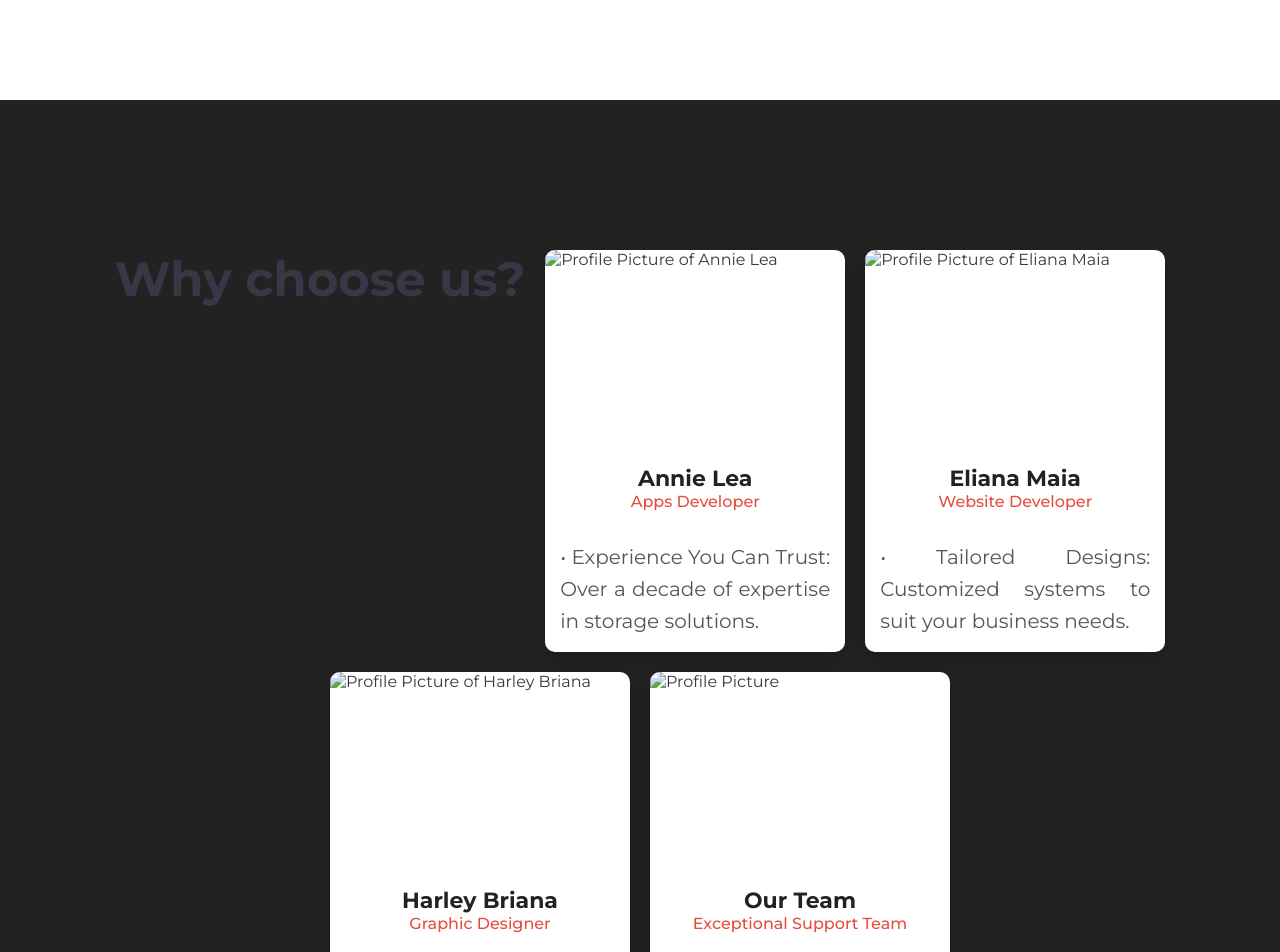
Repository: jahatesu/shelves-and-storage-equipment
Page: index.html
These files come from the project's save history. The page is drawn as it stood at one moment and after the next save; the edit follows.
The browser window is 1280 px wide. The pictures show the part of the page from y = 1995 to 2947 px (the page is 8029 px tall before and 7735 px after).
A picture or video elsewhere on the page could not be fetched, so the positions and the page height are approximate. Backgrounds fixed to the window are drawn as part of the page. Some web fonts or font styles are not loaded; a fallback is used. Some web libraries are served in a nearby version.

Above is the page before, as saved 2025-01-25 19:42:43.
Console error: TypeError: Cannot read properties of null (reading 'querySelector')

### index.html
<!DOCTYPE html>
<html lang="en">
<head>
    <meta charset="UTF-8">
    <meta name="viewport" content="width=device-width, initial-scale=1.0">
    <!-- Remix Icons -->
    <link rel="stylesheet" href="https://cdnjs.cloudflare.com/ajax/libs/remixicon/4.2.0/remixicon.css">
    <!-- Swiper CSS -->
    <link rel="stylesheet" href="assets\js\swiper-bundle.min.js" />
    <!-- CSS -->
    <link rel="stylesheet" href="style.css">
    <script src="https://cdnjs.cloudflare.com/ajax/libs/jquery/3.7.1/jquery.min.js"></script>
    <title>Shelves and Storage</title>
    <link rel="stylesheet" href="https://fonts.googleapis.com/css?family=Material+Symbols+Rounded&opsz,wght,FILL,GRAD@48,400,0,0" />
    <script  src="https://kit.fontawesome.com/64d58efce2.js" crossorigin="anonymous" ></script>
</head>

<body>

    <!-- Navigation Bar -->
    <header class="transparent">
        <div class="logo">
            <img src="assets\images\logo.png" alt="Shelves and Storage Logo">
        </div>

        <div class="navigation">
            <input type="checkbox" id="nav-checkbox">
            <label for="nav-checkbox" class="nav-toggle">
                <i class="ri-menu-fill"></i>
            </label>

            <ul class="nav-menu">
                <li><a href="#">Home</a></li>
                <li><a href="#">About Us</a></li>
                <li><a href="#">Services</a></li>
                <li><a href="#">Products</a></li>
                <li><a href="#">Contact Us</a></li>
            </ul>
        </div>
    </header>

    <!-- Hero Section -->
    <div class="hero">
        <h1 class="animate__animated animate__fadeInDown">Shelves and Storage Equipment</h1>
        <h3 class="animate__animated animate__fadeInUp">Storage and Racking Expert</h3>
    </div>

    <!-- about -->

    <div class="about-section">
        <div class="inner-container">
            <h2 class="section_title">ABOUT US</h2>
            <p class="text">
                Founded in 2015, Shelves and Storage Equipment Inc. is a trusted name in providing customized racking solutions for logistics and warehousing. We specialize in efficient, durable, and scalable storage systems designed to:
            </p>
            <ul class="skills">
    <li><i class="ri-fullscreen-line"></i> Maximize space utilization</li>
    <li><i class="ri-settings-3-line"></i> Enhance operational efficiency</li>
    <li><i class="ri-shield-check-line"></i> Improve safety standards</li>
</ul>
        </div>
    </div>

<!-- About Section -->
<section class="about section" id="about">
    <div class="about_container container grid">
        <div class="about_data">
            <h2 class="section_title">OUR MISSION</h2>
            <p class="about_description">
                Our mission is to empower businesses with tailored storage solutions that adapt to their growing needs.
            </p>
            <span class="section_subtitle">OUR SERVICES</span>
            <ul class="about_list grid">
                <li class="about_list-item">
                    <i class="ri-checkbox-circle-line"></i>
                    <span>Customized Racking Solutions</span>
                </li>
                <li class="about_list-item">
                    <i class="ri-checkbox-circle-line"></i>
                    <span>Warehouse Layout Consultation</span>
                </li>
                <li class="about_list-item">
                    <i class="ri-checkbox-circle-line"></i>
                    <span>Installation & Maintenance
                    </span>
                </li>
                <li class="about_list-item">
                    <i class="ri-checkbox-circle-line"></i>
                    <span>Storage System Upgrades
                    </span>
                </li>
            </ul>
        </div>
        <div class="about_images">
            <img src="assets/images/about_img1.png" alt="image" class="about_img1">
            <img src="assets/images/about_img2.png" alt="image" class="about_img2">
        </div>
    </div>
</section>

<!-- Services Section -->
<div class="services-container">
    <!-- Title Header -->
    <h2 class="services-title">Why choose us?</h2>

    <!-- Service Card 1 -->
    <div class="service-card">
        <div class="card-image">
            <img src="#" alt="Profile Picture of Annie Lea">
        </div>
        <div class="card-header">
            <h3 class="name">Annie Lea</h3>
            <p class="role">Apps Developer</p>
        </div>
        <div class="card-content">
            <p>• Experience You Can Trust: Over a decade of expertise in storage solutions.</p>
        </div>
    </div>

    <!-- Service Card 2 -->
    <div class="service-card">
        <div class="card-image">
            <img src="#" alt="Profile Picture of Eliana Maia">
        </div>
        <div class="card-header">
            <h3 class="name">Eliana Maia</h3>
            <p class="role">Website Developer</p>
        </div>
        <div class="card-content">
            <p>• Tailored Designs: Customized systems to suit your business needs.</p>
        </div>
    </div>

    <!-- Service Card 3 -->
    <div class="service-card">
        <div class="card-image">
            <img src="#" alt="Profile Picture of Harley Briana">
        </div>
        <div class="card-header">
            <h3 class="name">Harley Briana</h3>
            <p class="role">Graphic Designer</p>
        </div>
        <div class="card-content">
            <p>• High-Quality Materials: Durable and long-lasting products.</p>
        </div>
    </div>

    <!-- Service Card 4 -->
    <div class="service-card">
        <div class="card-image">
            <img src="#" alt="Profile Picture">
        </div>
        <div class="card-header">
            <h3 class="name">Our Team</h3>
            <p class="role">Exceptional Support Team</p>
        </div>
        <div class="card-content">
            <p>• Exceptional Support: Reliable service from consultation to installation.</p>
        </div>
    </div>
</div>

<!-- what we offer -->
<section class="services section" id="services">
    <div class="services_container container grid">
        <div class="services_data">
            <div>
                <span class="section_subtitle">WHAT WE OFFER</span>
                <h2 class="section_title">Heavy and Light Duty Racks System</h2>
            </div>
        </div>
        <div class="services_grid">
            <article class="services_card">
                <div class="services_icon">
                    <img src="/assets/images/driveInRack.jpg" alt="Drive in Rack">
                </div>
                <h3 class="services_title">Drive in Rack</h3>
                <p>
                    Forklifts drive into storage lanes, reducing aisle space. Perfect for bulk storage.
                </p>
            </article>
            <article class="services_card">
                <div class="services_icon">
                    <img src="assets/images/cantileverRack.jpg" alt="Cantilever Rack">
                </div>
                <h3 class="services_title">Cantilever Rack</h3>
                <p>
                    Ideal for long, bulky items. Easy loading and unloading, maximizes space. Available in single or double-sided options.
                </p>
            </article>
            <article class="services_card">
                <div class="services_icon">
                    <img src="assets/images/mezzanineFloorRack.jpg" alt="Mezzanine Floor">
                </div>
                <h3 class="services_title">Mezzanine Floor</h3>
                <p>
                    Cost-effective, customizable, and durable. Ideal for storage, offices, or production areas.
                </p>
            </article>
            <article class="services_card">
                <div class="services_icon">
                    <img src="assets/images/radioShuttle.jpeg" alt="Radio Shuttle">
                </div>
                <h3 class="services_title">Radio Shuttle Racking</h3>
                <p>
                    Optimize warehouse space and efficiency. Semi-automated, high-density storage. Fast pallet handling, both FIFO and LIFO.
                </p>
            </article>
        </div>
    </div>
</section>

<!-- products -->
<section class="projects section" id="projects">
    <h2 class="section_title_products">Our Products</h2>
    <div class="projects_container container grid">
        <article class="projects_card">
            <img src="assets/images/narrowAisle.jpg" alt="Narrow Aisle Pallet Racking" class="projects_img">
            <div class="projects_data">
                <h2 class="projects_title">Narrow Aisle Pallet Racking</h2>
            </div>
        </article>
        <article class="projects_card">
            <img src="assets/images/doubleDeep.jpg" alt="Double Deep Pallet Racking" class="projects_img">
            <div class="projects_data">
                <h2 class="projects_title">Double Deep Pallet Racking</h2>
            </div>
        </article>
        <article class="projects_card">
            <img src="assets/images/lightDuty.webp" alt="Light Duty Shelves" class="projects_img">
            <div class="projects_data">
                <h2 class="projects_title">Light Duty Shelves</h2>
            </div>
        </article>
        <article class="projects_card">
            <img src="assets/images/boltLess.webp" alt="Boltless Racks" class="projects_img">
            <div class="projects_data">
                <h2 class="projects_title">Boltless Racks</h2>
            </div>
        </article>
        <article class="projects_card">
            <img src="assets/images/counterBalance.jpg" alt="Tailift Counter Balance" class="projects_img">
            <div class="projects_data">
                <h2 class="projects_title">Tailift Counter Balance</h2>
            </div>
        </article>
        <article class="projects_card">
            <img src="assets/images/reachTruck.jpg" alt="Tailift Reach Truck" class="projects_img">
            <div class="projects_data">
                <h2 class="projects_title">Tailift Reach Truck</h2>
            </div>
        </article>
        <article class="projects_card">
            <img src="assets/images/palletRack.webp" alt="Pallet Rack" class="projects_img">
            <div class="projects_data">
                <h2 class="projects_title">Pallet Rack</h2>
            </div>
        </article>
        <article class="projects_card">
            <img src="assets/images/slottedRack.webp" alt="Slotted Rack" class="projects_img">
            <div class="projects_data">
                <h2 class="projects_title">Slotted Rack</h2>
            </div>
        </article>
        <article class="projects_card">
            <img src="assets/images/smRack.webp" alt="Supermarket Rack" class="projects_img">
            <div class="projects_data">
                <h2 class="projects_title">Supermarket Rack</h2>
            </div>
        </article>
        <article class="projects_card">
            <img src="assets/images/shoppingTrolley.jpg" alt="Shopping Trolley" class="projects_img">
            <div class="projects_data">
                <h2 class="projects_title">Shopping Trolley</h2>
            </div>
        </article>
        <article class="projects_card">
            <img src="assets/images/shoppingBasket.jpg" alt="Shopping Basket" class="projects_img">
            <div class="projects_data">
                <h2 class="projects_title">Shopping Basket</h2>
            </div>
        </article>
        <article class="projects_card">
            <img src="assets/images/binBoxes.jpg" alt="Bin Boxes" class="projects_img">
            <div class="projects_data">
                <h2 class="projects_title">Bin Boxes</h2>
            </div>
        </article>
        <article class="projects_card">
            <img src="assets/images/shelving.jpeg" alt="Shelving" class="projects_img">
            <div class="projects_data">
                <h2 class="projects_title">Shelving</h2>
            </div>
        </article>
        <article class="projects_card">
            <img src="assets/images/handPallet.webp" alt="Hand Pallet" class="projects_img">
            <div class="projects_data">
                <h2 class="projects_title">Hand Pallet</h2>
            </div>
        </article>
    </div>
</section>

<!-- contacts -->
<div class="container_contact">
    <span class="big-circle"></span>
    <img src="img/shape.png" class="square" alt="" />
    <div class="form">
      <div class="contact-info">
        <h3 class="title">Let's get in touch</h3>
        <p class="text">
          Lorem ipsum dolor sit amet consectetur adipisicing elit. Saepe
          dolorum adipisci recusandae praesentium dicta!
        </p>

        <div class="info">
          <div class="information">
            <img src="img/location.png" class="icon" alt="" />
            <p>Manila - Philippines</p>
          </div>
          <div class="information">
            <img src="img/email.png" class="icon" alt="" />
            <p>shelvesandstorage.ph@gmail.com<br>
                sseisales3@gmail.com</p>
          </div>
          <div class="information">
            <img src="img/phone.png" class="icon" alt="" />
            <p>0966 750 5869<br>
                (02) 8637 3371</p>
          </div>
        </div>

        <div class="social-media">
          <p>Connect with us :</p>
          <div class="social-icons">
            <a href="#">
              <i class="fab fa-facebook-f"></i>
            </a>
            <a href="#">
              <i class="fab fa-twitter"></i>
            </a>
            <a href="#">
              <i class="fab fa-instagram"></i>
            </a>
            <a href="#">
              <i class="fab fa-linkedin-in"></i>
            </a>
          </div>
        </div>
      </div>

      <div class="contact-form">
        <span class="circle one"></span>
        <span class="circle two"></span>

        <form action="index.html" autocomplete="off">
          <h3 class="title">Contact us</h3>
          <div class="input-container">
            <input type="text" name="name" class="input" />
            <label for="">Username</label>
            <span>Username</span>
          </div>
          <div class="input-container">
            <input type="email" name="email" class="input" />
            <label for="">Email</label>
            <span>Email</span>
          </div>
          <div class="input-container">
            <input type="tel" name="phone" class="input" />
            <label for="">Phone</label>
            <span>Phone</span>
          </div>
          <div class="input-container textarea">
            <textarea name="message" class="input"></textarea>
            <label for="">Message</label>
            <span>Message</span>
          </div>
          <input type="submit" value="Send" class="btn" />
        </form>
      </div>
    </div>
  </div>

  <!-- footer -->
  <footer class="footer">
    <div class="footer_container container grid">
        <div>
            <a href="#" class="footer_logo">
                <img src="assets\images\footerLogo.png" alt="footer logo">
            </a>

            <p class="footer_description">Storage and Racking Expert</p>

            <address class="footer_email">Email: shelvesandstorage.ph@gmail.com</address>
        </div>

        <div class="footer_content grid">
            <div>
                <h3 class="footer_title">Company</h3>
                <ul class="footer_links">
                    <li>
                        <a href="#about" class="footer_link">About Us</a>
                    </li>

                    <li>
                        <a href="#services" class="footer_link">Services</a>
                    </li>

                    <li>
                        <a href="#projects" class="footer_link">Projects</a>
                    </li>
                </ul>
        </div>

        <div>
            <h3 class="footer_title">Information</h3>
            <ul class="footer_list">
                <li>
                    <address class="footer_info">Manila - Philippines</address>
                </li>

                <li>
                </li>

            </ul>
    </div>

    <div>
        <h3 class="footer_title">Social Media</h3>

        <div class="footer_social">
            <a href="#" target="_blank" class="footer_social-link">
                <i class="ri-facebook-circle-line"></i>
            </a>

            <a href="#" target="_blank" class="footer_social-link">
                <i class="ri-instagram-line"></i>
            </a>

            <a href="#" target="_blank" class="footer_social-link">
                <i class="ri-twitter-x-line"></i>
            </a>
        </div>
</div>

    </div>

    <span class="footer_copy">

    </span>
</footer>

<script src="main.js">
</script>

</body>
</html>

Loaded but not shown: assets/js/swiper-bundle.min.js (library); main.js (103 lines, source omitted); style.css (1391 lines, source omitted)

After the next save:
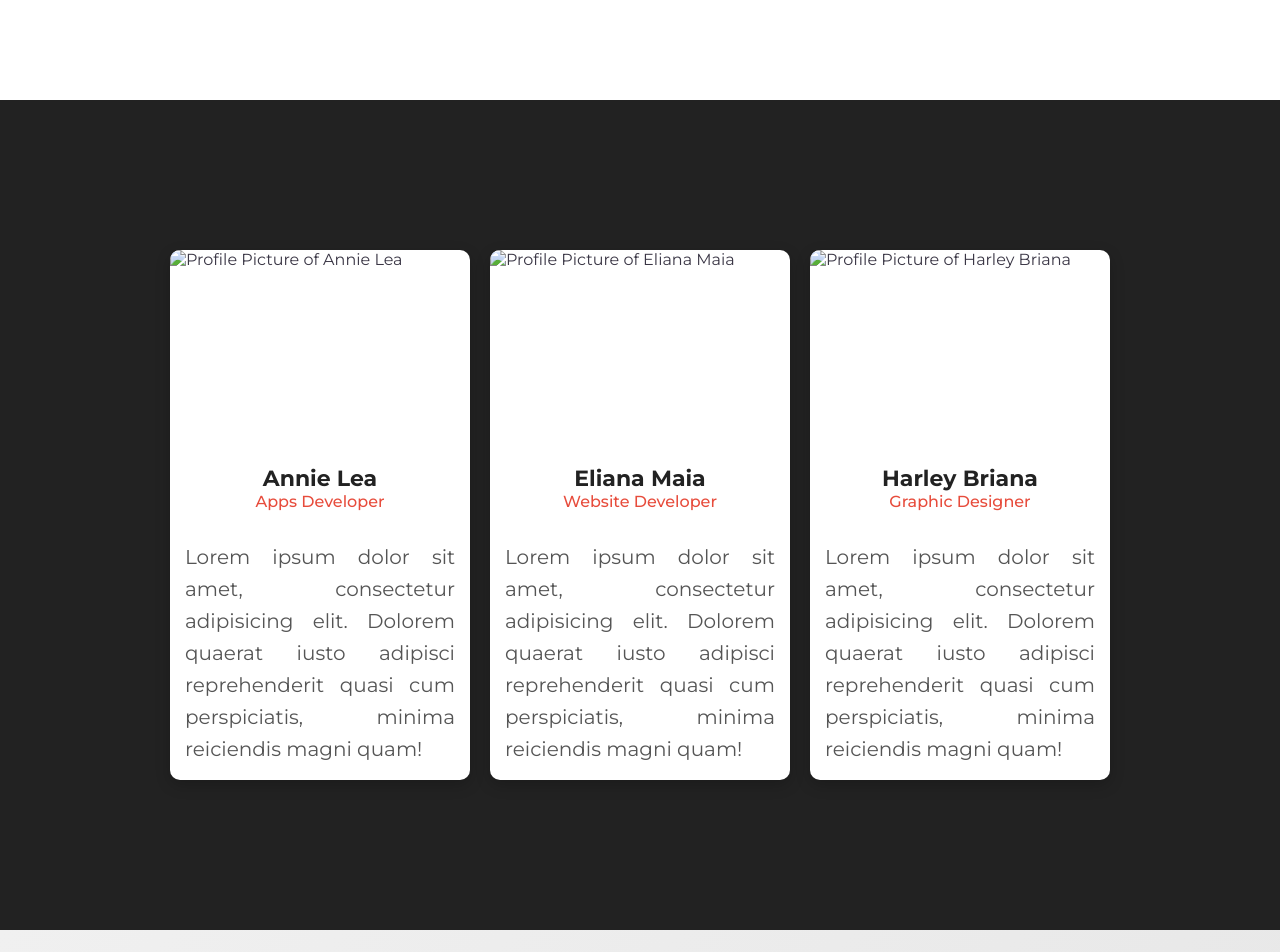
Saved 38 s later.
--- a/index.html
+++ b/index.html
@@ -100,65 +100,43 @@
 
 <!-- Services Section -->
 <div class="services-container">
-    <!-- Title Header -->
-    <h2 class="services-title">Why choose us?</h2>
-
-    <!-- Service Card 1 -->
     <div class="service-card">
-        <div class="card-image">
-            <img src="#" alt="Profile Picture of Annie Lea">
-        </div>
-        <div class="card-header">
-            <h3 class="name">Annie Lea</h3>
-            <p class="role">Apps Developer</p>
-        </div>
-        <div class="card-content">
-            <p>• Experience You Can Trust: Over a decade of expertise in storage solutions.</p>
-        </div>
-    </div>
-
-    <!-- Service Card 2 -->
+      <div class="card-image">
+        <img src="#" alt="Profile Picture of Annie Lea">
+      </div>
+      <div class="card-header">
+        <h3 class="name">Annie Lea</h3>
+        <p class="role">Apps Developer</p>
+      </div>
+      <div class="card-content">
+        <p>Lorem ipsum dolor sit amet, consectetur adipisicing elit. Dolorem quaerat iusto adipisci reprehenderit quasi cum perspiciatis, minima reiciendis magni quam!</p>
+      </div>
+    </div>
     <div class="service-card">
-        <div class="card-image">
-            <img src="#" alt="Profile Picture of Eliana Maia">
-        </div>
-        <div class="card-header">
-            <h3 class="name">Eliana Maia</h3>
-            <p class="role">Website Developer</p>
-        </div>
-        <div class="card-content">
-            <p>• Tailored Designs: Customized systems to suit your business needs.</p>
-        </div>
-    </div>
-
-    <!-- Service Card 3 -->
+      <div class="card-image">
+        <img src="#" alt="Profile Picture of Eliana Maia">
+      </div>
+      <div class="card-header">
+        <h3 class="name">Eliana Maia</h3>
+        <p class="role">Website Developer</p>
+      </div>
+      <div class="card-content">
+        <p>Lorem ipsum dolor sit amet, consectetur adipisicing elit. Dolorem quaerat iusto adipisci reprehenderit quasi cum perspiciatis, minima reiciendis magni quam!</p>
+      </div>
+    </div>
     <div class="service-card">
-        <div class="card-image">
-            <img src="#" alt="Profile Picture of Harley Briana">
-        </div>
-        <div class="card-header">
-            <h3 class="name">Harley Briana</h3>
-            <p class="role">Graphic Designer</p>
-        </div>
-        <div class="card-content">
-            <p>• High-Quality Materials: Durable and long-lasting products.</p>
-        </div>
-    </div>
-
-    <!-- Service Card 4 -->
-    <div class="service-card">
-        <div class="card-image">
-            <img src="#" alt="Profile Picture">
-        </div>
-        <div class="card-header">
-            <h3 class="name">Our Team</h3>
-            <p class="role">Exceptional Support Team</p>
-        </div>
-        <div class="card-content">
-            <p>• Exceptional Support: Reliable service from consultation to installation.</p>
-        </div>
-    </div>
-</div>
+      <div class="card-image">
+        <img src="#" alt="Profile Picture of Harley Briana">
+      </div>
+      <div class="card-header">
+        <h3 class="name">Harley Briana</h3>
+        <p class="role">Graphic Designer</p>
+      </div>
+      <div class="card-content">
+        <p>Lorem ipsum dolor sit amet, consectetur adipisicing elit. Dolorem quaerat iusto adipisci reprehenderit quasi cum perspiciatis, minima reiciendis magni quam!</p>
+      </div>
+    </div>
+  </div>
 
 <!-- what we offer -->
 <section class="services section" id="services">
